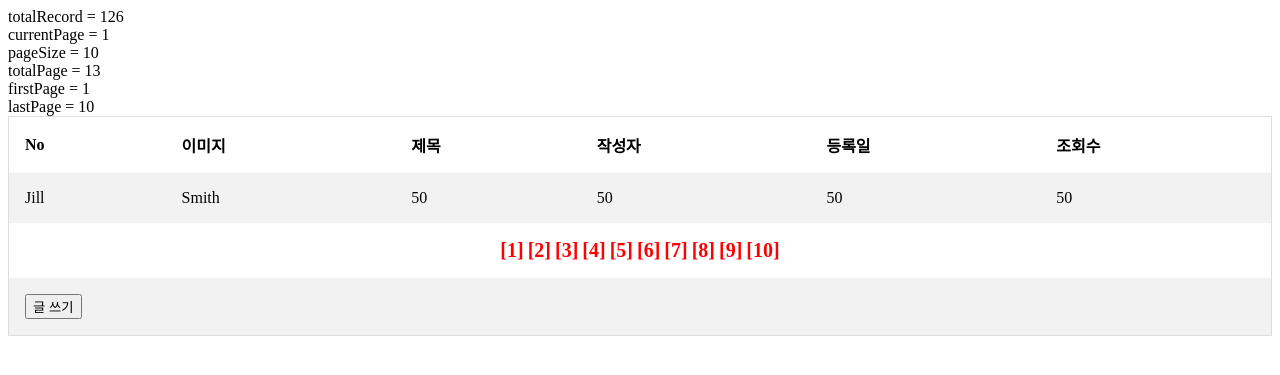
Repository: SyngyeonTak/javaee_workspace
Page: http://localhost/MySite/board/list.jsp
These files come from the project's save history. The page is drawn as it stood at one moment and after the next save; the edit follows.
The browser window is 1280 px wide. The pictures show the whole page.
The page is served by Tomcat 9.

Above is the page before, as saved 2020-12-11 07:57:36.

After the next save:
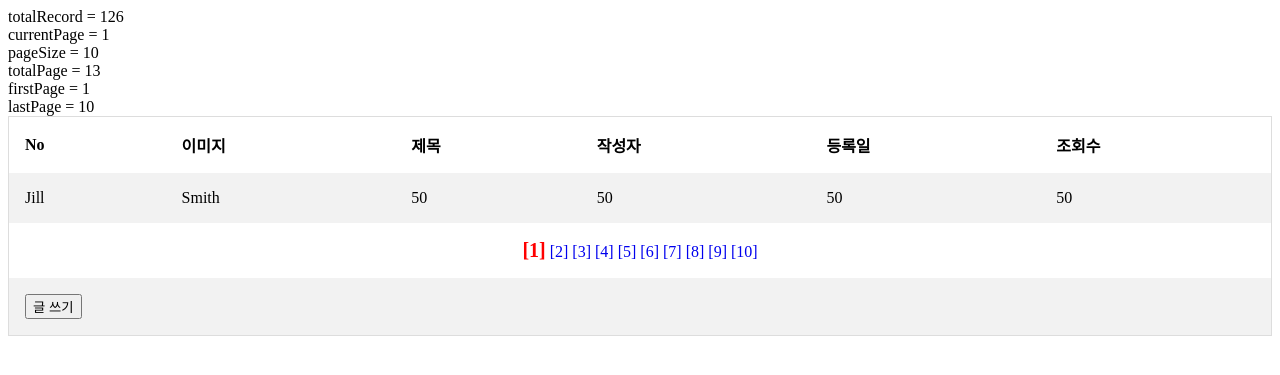
Saved 34 s later.
--- a/MySite/WebContent/board/list.jsp
+++ b/MySite/WebContent/board/list.jsp
@@ -80,7 +80,7 @@ a{
 		<tr>
 			<td colspan="6" style = "text-align:center;">
 				<%for(int i=firstPage; i<=lastPage; i++){ %>
-					<a href = "list.jsp?currentPage=<%=i%>" class = "pageNum">[<%=i%>]</a>
+					<a href = "list.jsp?currentPage=<%=i%>" <%if(i == currentPage){ %>class = "pageNum" <%} %>>[<%=i%>]</a>
 				<%} %>
 			</td>
 		</tr>
